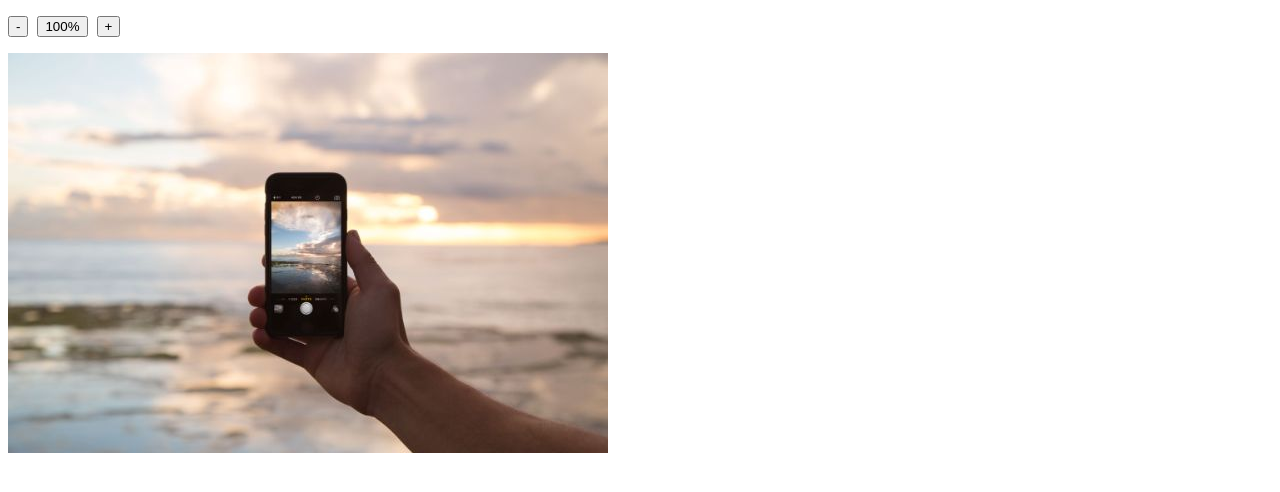
Repository: jwsimhj97/jwork_n
Page: JSPProject/WebContent/03-07/prac01.html
These files come from the project's save history. The page is drawn as it stood at one moment and after the next save; the edit follows.
The browser window is 1280 px wide. The pictures show the whole page.
After loading, the first visible `button.smallBtn` was clicked once.

Above is the page before, as saved 2022-03-08 01:09:42.

### JSPProject/WebContent/03-07/prac01.html
<!DOCTYPE html>
<html>
<head>
<meta charset="UTF-8">
<title>Insert title here</title>
<style>
	.btns button {margin-right:5px;}
	.origin { width: 140px; height: 120px;}
	.large { width: 190px; height: 170px;}
	.small { width: 90px; height: 70px;}
</style>
<script src="http://code.jquery.com/jquery-3.5.1.min.js"></script>
<script>
	$(function() {
		$("button").on("click", function(event) {
			btnClass = $(this).attr('class');
			imgClass = $('#img').attr('class');
			if(btnClass=="smallBtn"){
				console.log(imgClass);
				$(img).removeClass(imgClass);
				//$('img').addClass("small");
			}else if(btnClass=="originBtn"){

			}else if(btnClass=="largeBtn"){

			}
		});
	});
</script>
</head>

<body>
	<p class="btns">
		<button type="button" class="smallBtn">-</button>
		<button type="button" class="originBtn">100%</button>
		<button type="button" class="largeBtn">+</button>
	</p>
	<img src="img/cellphone.jpg" id="img" class="origin"><br><br>
	<!-- <img src="img/cellphone.jpg" class="large">
	<p id="ptxt"></p> -->
</body>
</html>

After the next save:
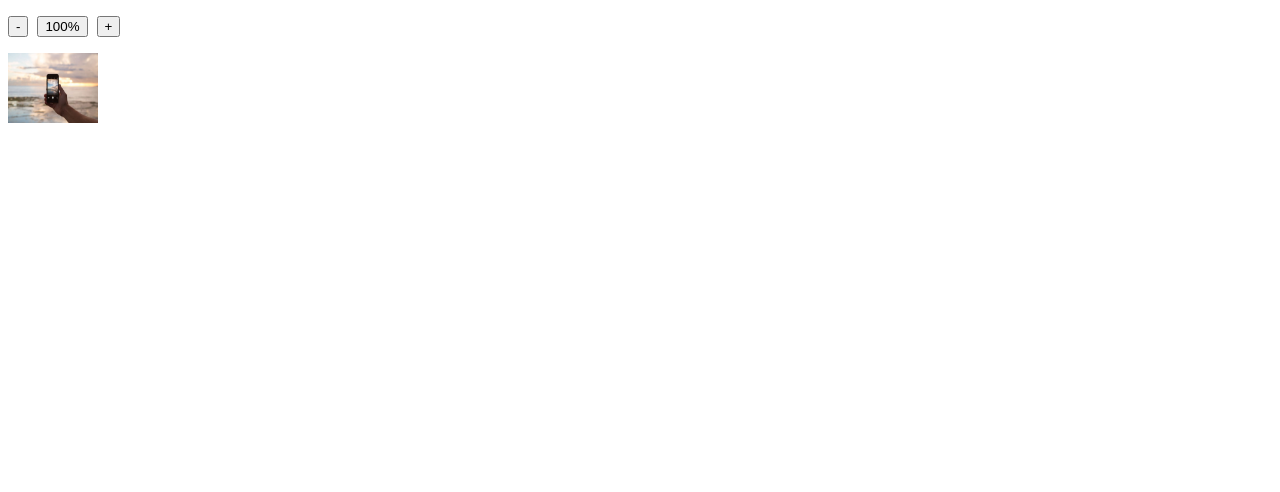
Saved 19 s later.
--- a/JSPProject/WebContent/03-07/prac01.html
+++ b/JSPProject/WebContent/03-07/prac01.html
@@ -18,7 +18,7 @@
 			if(btnClass=="smallBtn"){
 				console.log(imgClass);
 				$(img).removeClass(imgClass);
-				//$('img').addClass("small");
+				$('img').addClass("small");
 			}else if(btnClass=="originBtn"){
 
 			}else if(btnClass=="largeBtn"){
